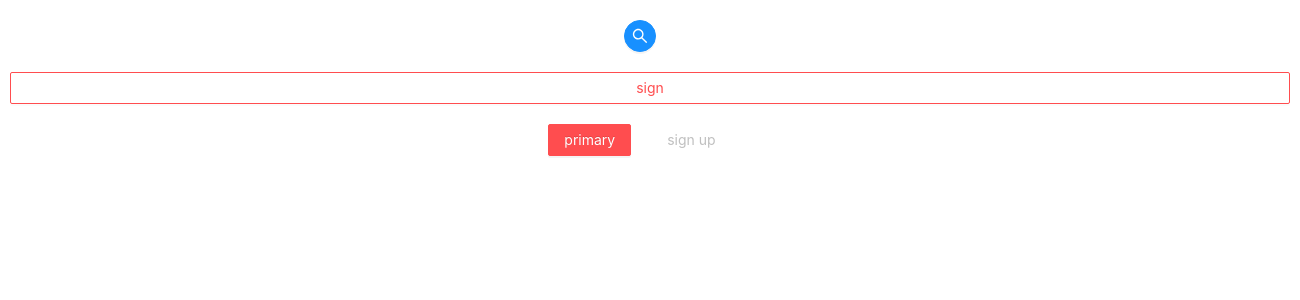
Repository: ErosHai/antd-demo
Page: /
An editor plug-in stored every save of this project. The page is shown before and after the next save, followed by the edit.
The browser window is 1280 px wide. The page is 1300 px wide, so the pictures cover 1300 px, including what lies to the right of the window. The pictures show the whole page.
The project was rebuilt for these pictures with package versions that can differ from the ones it lists, and the page was loaded fresh each time.

Above is the page before, as saved 2022-04-12 14:07:56.

After the next save:
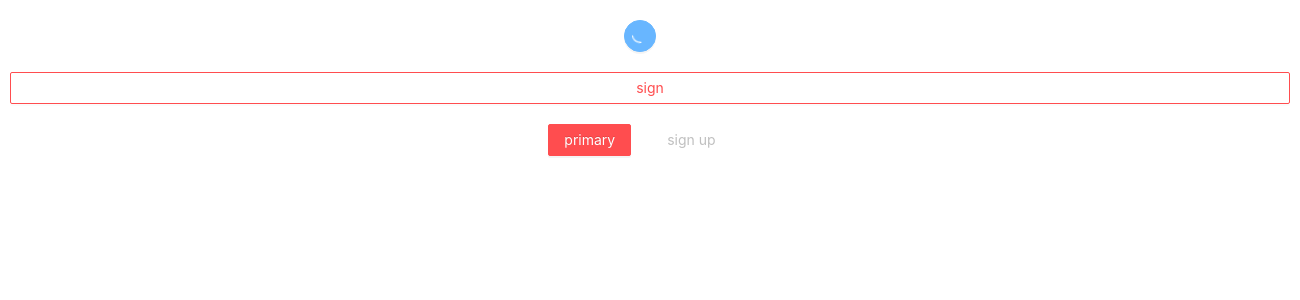
Saved 7 min 42 s later.
--- a/src/App.js
+++ b/src/App.js
@@ -9,6 +9,7 @@ function App() {
 				<Button
 					type="primary"
 					shape="circle"
+					loading
 					icon={<SearchOutlined />}
 				></Button>
 			</Tooltip>
